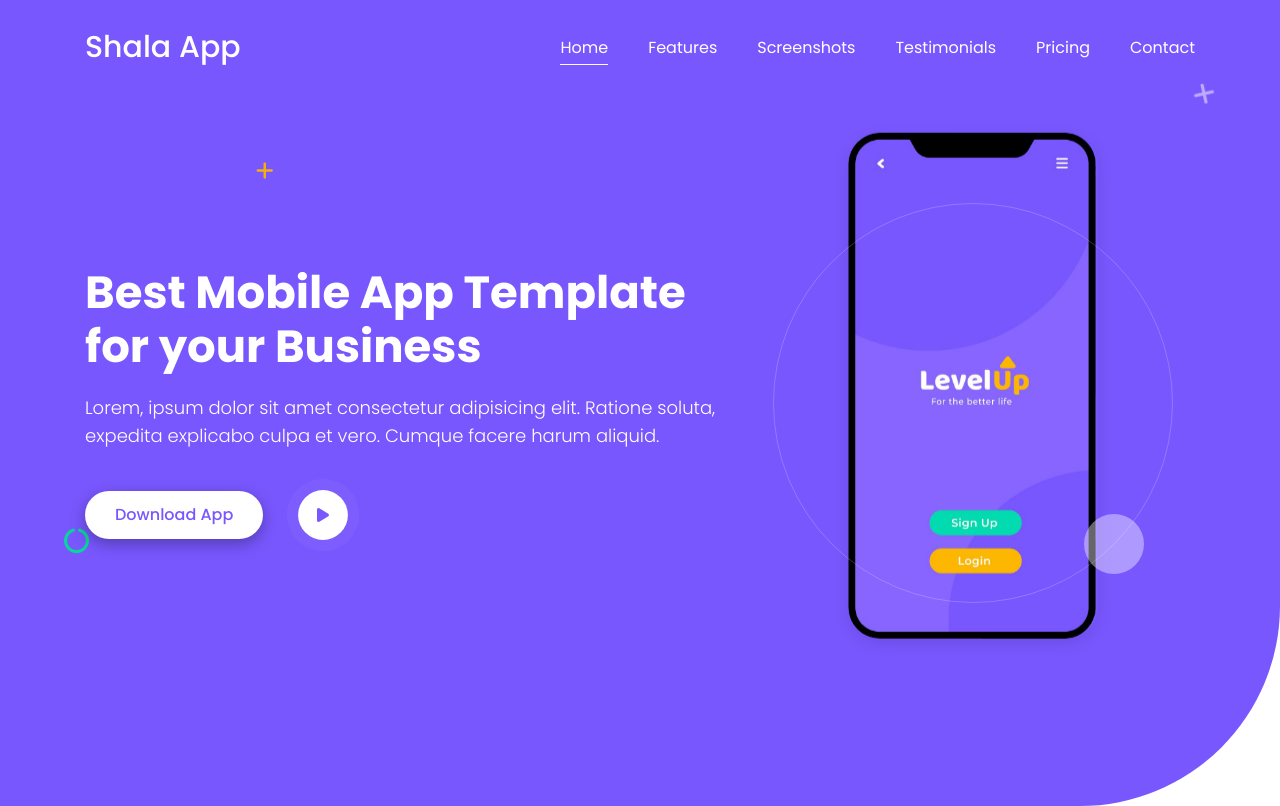
Repository: Mohamed-Hema/Shala-App
Page: index.html
The author's editor kept a copy of each file at every save. The page is drawn from the files as they stood at one save, then again after the next save.
The browser window is 1280 px wide. The pictures show the whole page.
Some web libraries are served in a nearby version.

Above is the page before, as saved 2021-02-15 20:16:10.
Console error: SyntaxError: Unexpected token '}'

After the next save:
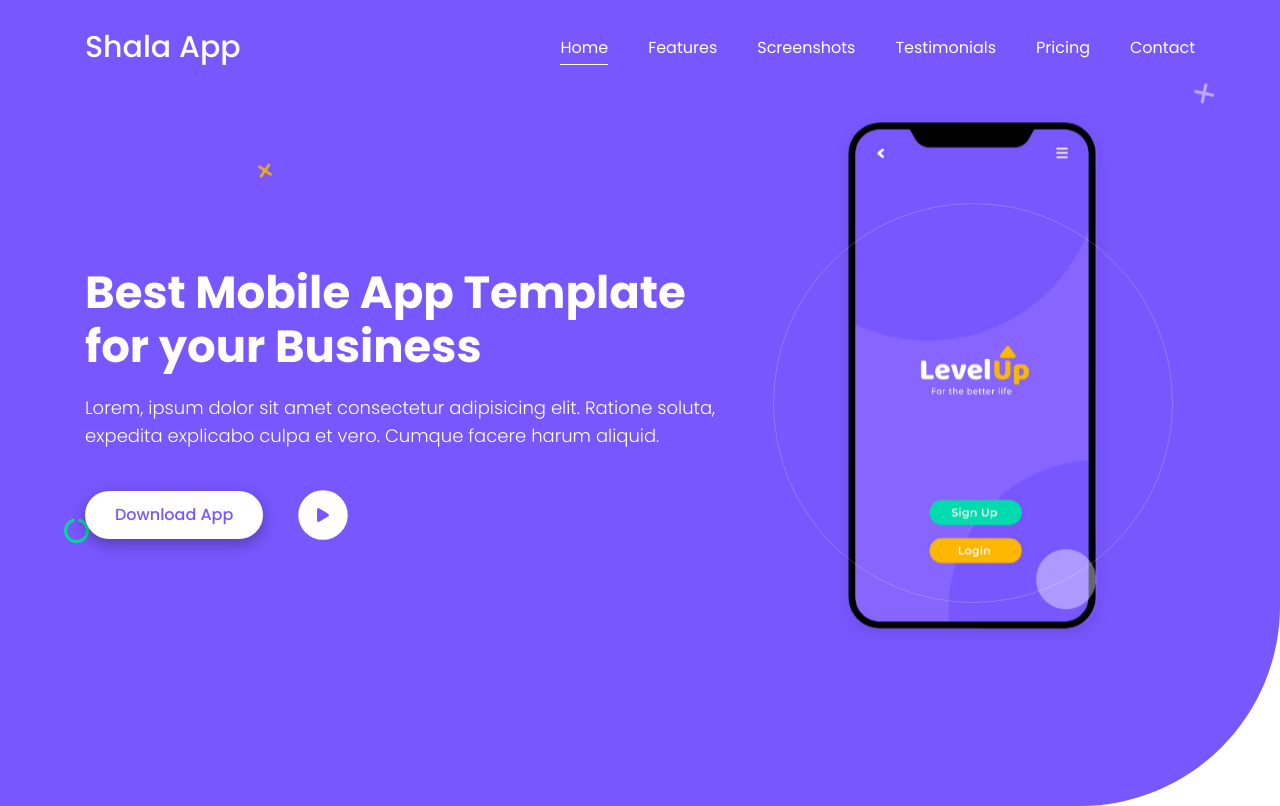
The error is gone.
Saved 17 s later.
--- a/js/main.js
+++ b/js/main.js
@@ -1,7 +1,9 @@
 $(document).ready(function() {
     // NavBar Shrink
     $(window).on("scroll", function() {
-        if($(this).scrollTop())
+        if($(this).scrollTop() > 90) {
+
+        }
     });
     // Video popUP
     const vdeoSrc = $("#player-1").attr("src");
